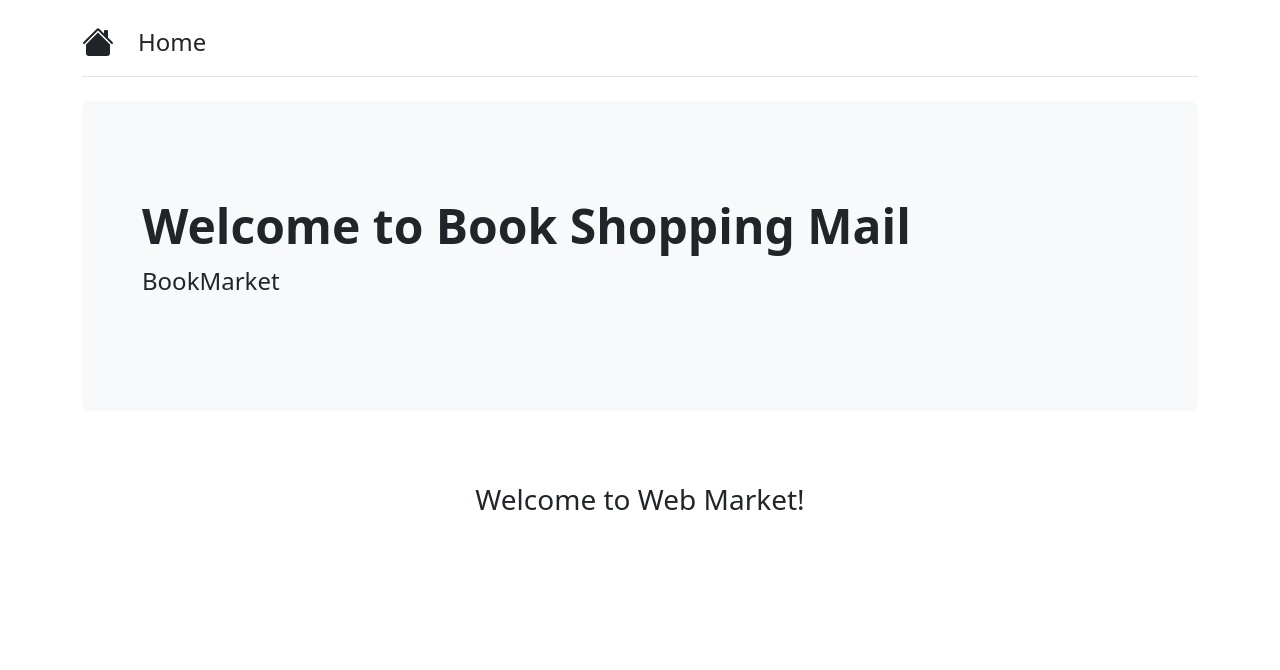
Repository: yeom724/JSP_test
Page: http://localhost/bookmarket/
The author's editor kept a copy of each file at every save. The page is drawn from the files as they stood at one save, then again after the next save.
The browser window is 1280 px wide. The pictures show the whole page.
The page is served by Tomcat 10.

Above is the page before, as saved 2024-10-08 02:34:23.

After the next save:
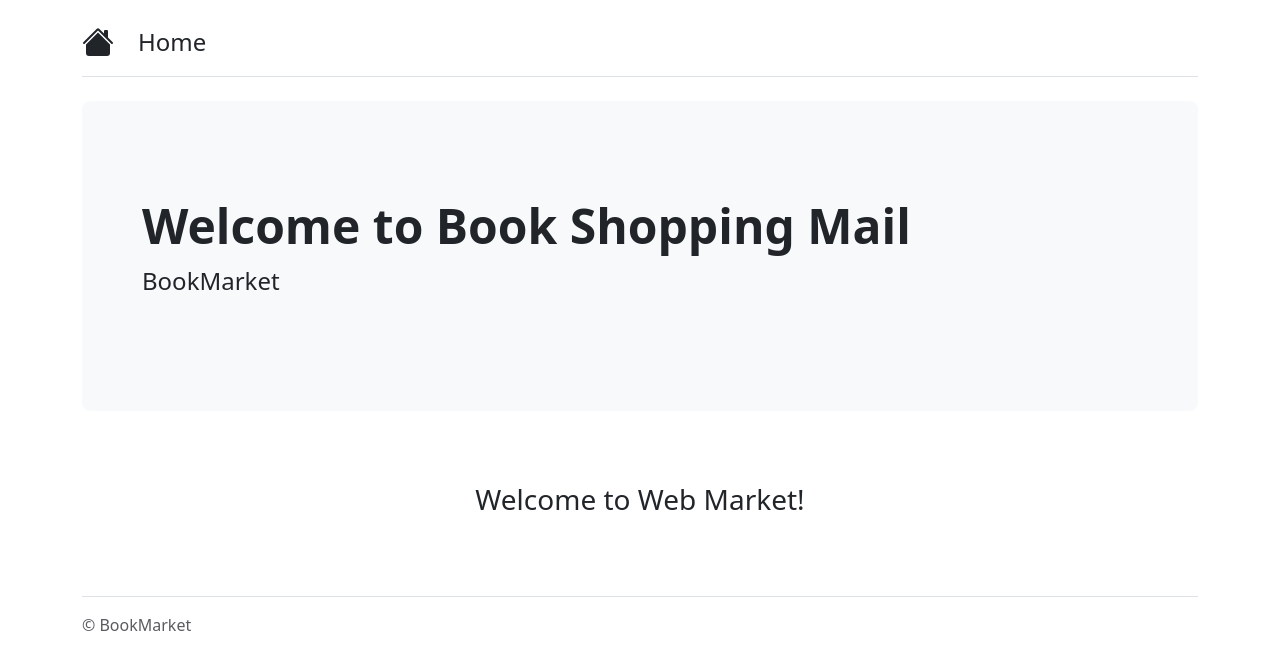
Saved 46 s later.
--- a/bookmarket/src/main/webapp/welcome.jsp
+++ b/bookmarket/src/main/webapp/welcome.jsp
@@ -41,8 +41,8 @@
 			</div>
 		</div>
 
-		<footer>
-
+		<footer class="pt-3 mt-4 text-body-secondary border-top">
+			&copy; BookMarket
 		</footer>
 	</div>
 </body>
